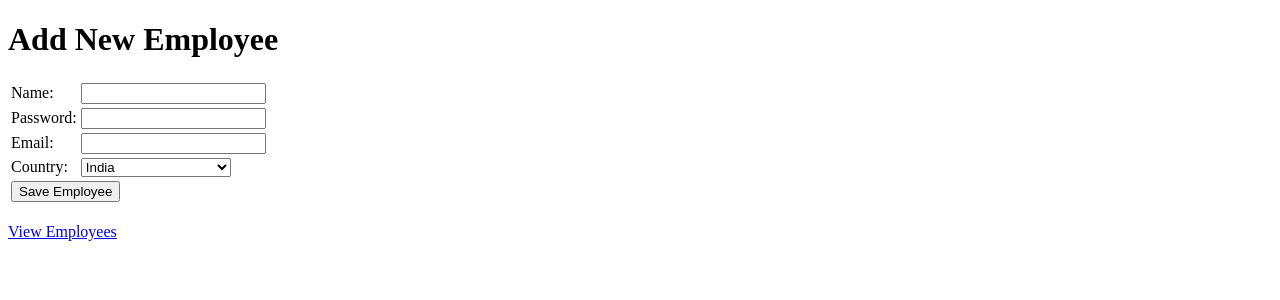
Repository: Kamleshmaury/CoreJava
Page: Crud_App/src/main/webapp/index2.html
The author's editor kept a copy of each file at every save. The page is drawn from the files as they stood at one save, then again after the next save.
The browser window is 1280 px wide. The pictures show the whole page.

Above is the page before, as saved 2022-10-18 07:06:30.

After the next save:
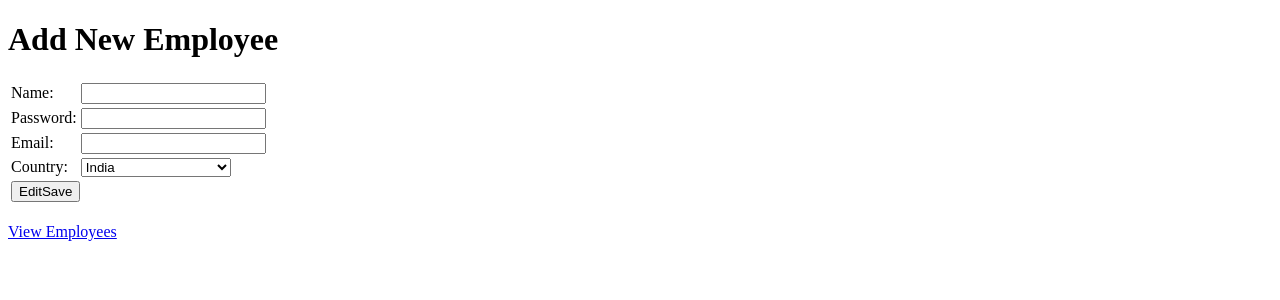
Saved 105 s later.
--- a/Crud_App/src/main/webapp/index2.html
+++ b/Crud_App/src/main/webapp/index2.html
@@ -6,7 +6,7 @@
 </head>
 <body>
 	<h1>Add New Employee</h1>
-	<form action="SaveServlet" method="post">
+	<form action="SaveServlet2" method="post">
 		<table>
 			<tr><td>Name:</td><td><input type="text" name="name"/></td></tr>
 			<tr><td>Password:</td><td><input type="password" name="password"/></td></tr>
@@ -19,7 +19,7 @@
 				<option>Other</option>
 			</select>
 			</td></tr>
-			<tr><td colspan="2"><input type="submit" value="Save Employee"/></td></tr>
+			<tr><td colspan="2"><input type="submit" value="EditSave"/></td></tr>
 		</table>
 	</form>
 
